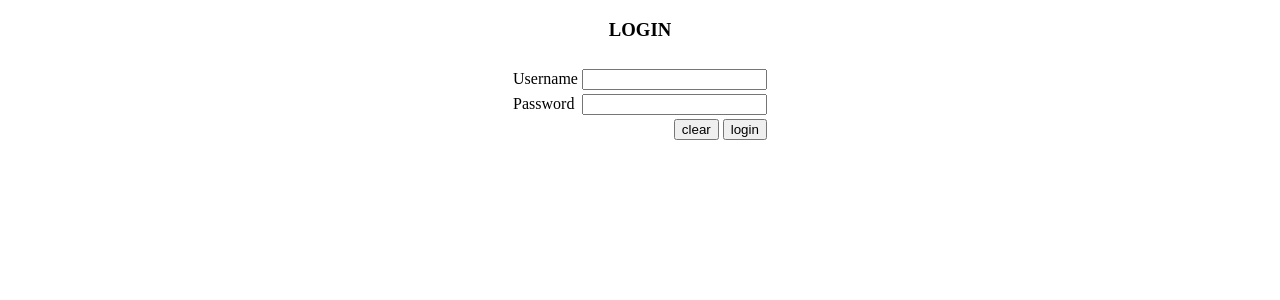
Repository: mounikrishna/java
Page: http://localhost/WebBasedApp/login.jsp
An editor plug-in stored every save of this project. The page is shown before and after the next save, followed by the edit.
The browser window is 1280 px wide. The pictures show the whole page.
The page is served by Tomcat 9. Other server files are loaded and not shown.

Above is the page before, as saved 2020-01-22 01:59:58.

### Servelts,JSP,JSTL/WebBasedApp/WebContent/login.jsp
<%@ page language="java" contentType="text/html; charset=ISO-8859-1" pageEncoding="ISO-8859-1"%>
<%@ taglib prefix = "c" uri = "http://java.sun.com/jsp/jstl/core" %>
<!DOCTYPE html>
<html>
	<head>
		<meta charset="ISO-8859-1">
		<title>Login Page</title>
	</head>
	<body>
		<h3 align = "center">LOGIN</h3>

		<h6 align = "center"><c:out value="${message}"/></h6>
		<form action = "check.htm" method= "post">
		<!-- WE CAN USE EITHER WAY <form action = "https://localhost:8080/WebBasedDemo/create.htm">  -->
			<table align = "center">
				<tr>
					<td>Username</td>
					<td><input type = "text" name= "username"></td>
				</tr>
				<tr>
					<td>Password</td>
					<td><input type = "password" name= "password"></td>
				</tr>
				<tr>
					<td colspan = "2" align = "right"><input type = "reset" value= "clear">
													<input type = "submit" value= "login">
					</td>

				</tr>
			</table>
		</form>
	</body>
</html>

After the next save:
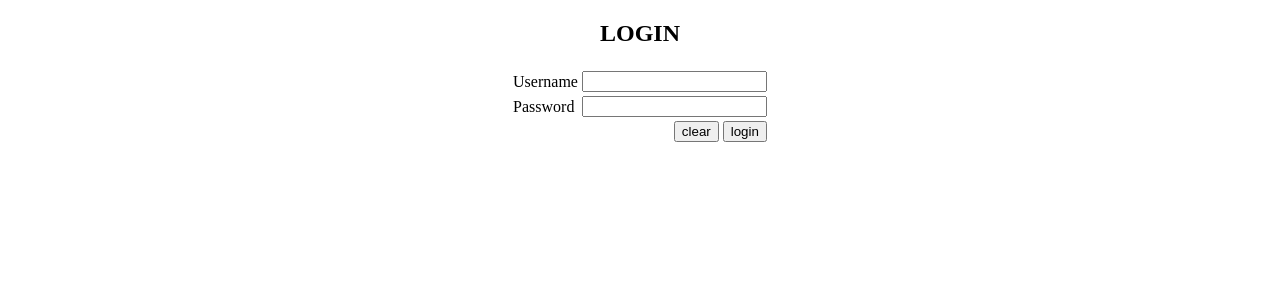
Saved 43 s later.
--- a/Servelts,JSP,JSTL/WebBasedApp/WebContent/login.jsp
+++ b/Servelts,JSP,JSTL/WebBasedApp/WebContent/login.jsp
@@ -7,9 +7,9 @@
 		<title>Login Page</title>
 	</head>
 	<body>
-		<h3 align = "center">LOGIN</h3>
+		<h2 align = "center">LOGIN</h2>
 
-		<h6 align = "center"><c:out value="${message}"/></h6>
+		<h4 align = "center"><c:out value="${message}"/></h4>
 		<form action = "check.htm" method= "post">
 		<!-- WE CAN USE EITHER WAY <form action = "https://localhost:8080/WebBasedDemo/create.htm">  -->
 			<table align = "center">
